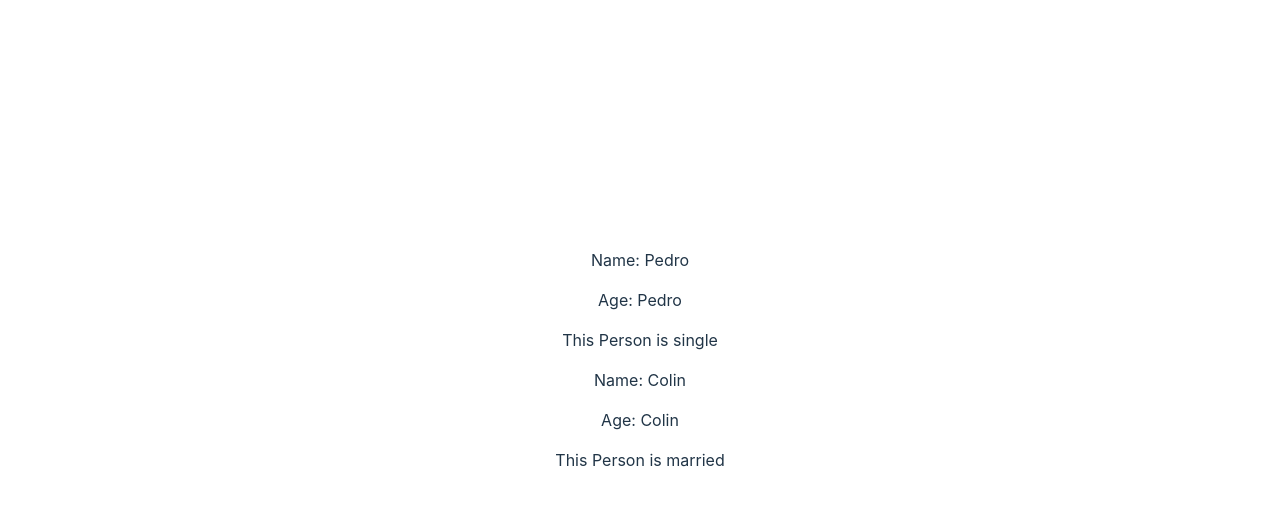
Repository: NexaiGuy/TypeScript-React
Page: /
An editor plug-in stored every save of this project. The page is shown before and after the next save, followed by the edit.
The browser window is 1280 px wide. The pictures show the whole page.
The project was rebuilt for these pictures with package versions that can differ from the ones it lists, and the page was loaded fresh each time. Also part of the build but not shown: vite.config.ts.

Above is the page before, as saved 2024-09-14 02:26:29.

After the next save:
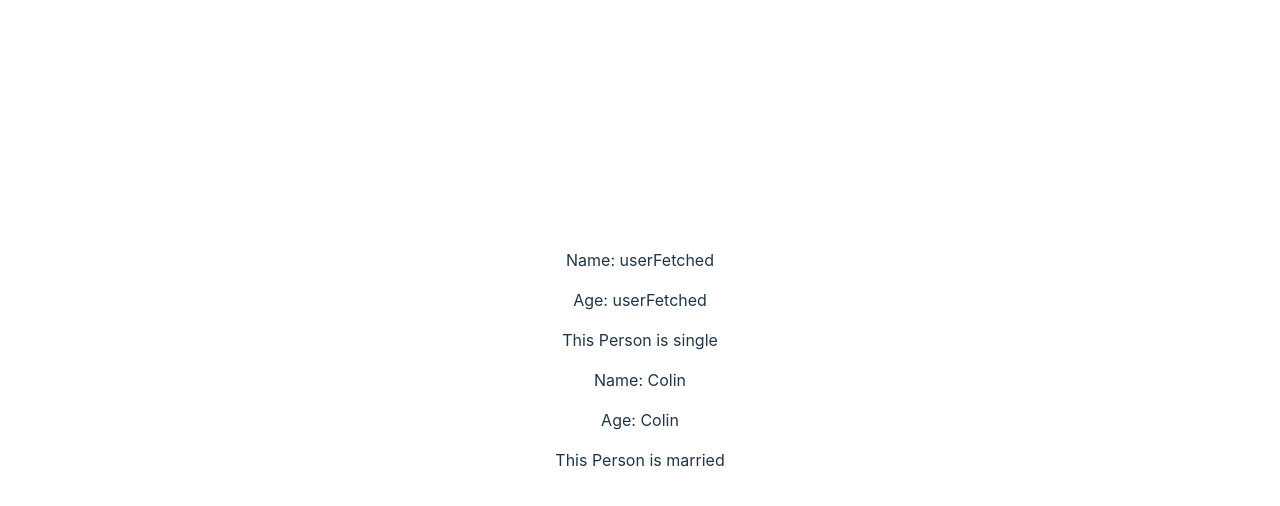
Saved 17 s later.
--- a/src/App.tsx
+++ b/src/App.tsx
@@ -7,7 +7,7 @@
   const userFetched = fetchUser();
   return (
     <>
-      <Person name={"Pedro"}  age={22} isMarried={false} />{" "}
+      <Person name={"userFetched"}  age={22} isMarried={false} />{" "}
       <Person name={"Colin"}  age={24} isMarried={true} />{" "}
     </>
   );

After the 5 saves that followed:
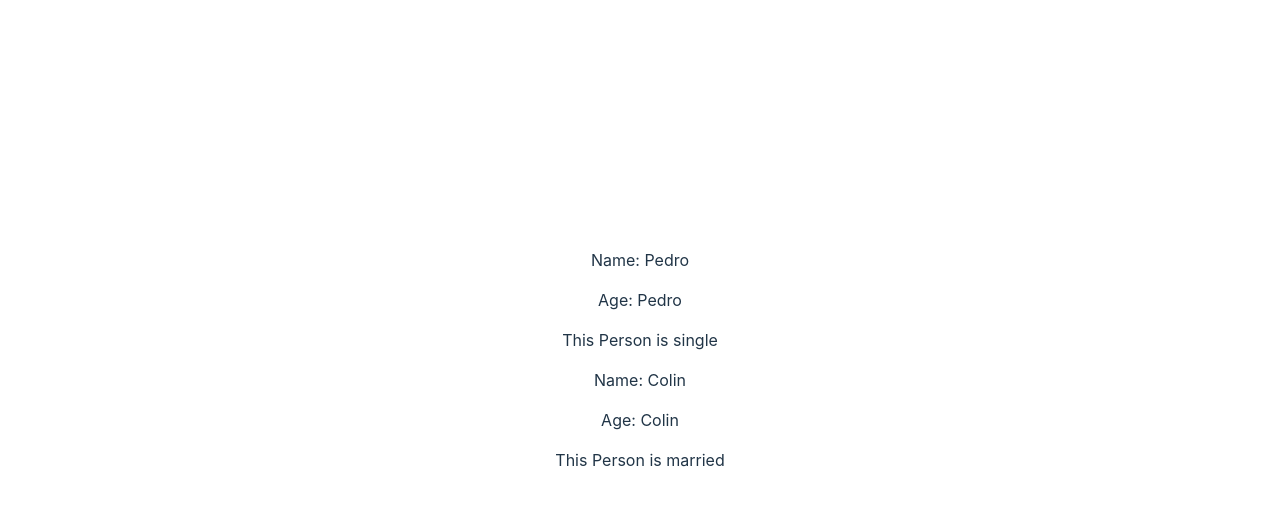
The 5 saves are shown as one change because they came seconds apart.
The last was saved 21 s later.
--- a/src/App.tsx
+++ b/src/App.tsx
@@ -7,7 +7,7 @@
   const userFetched = fetchUser();
   return (
     <>
-      <Person name={"userFetched"}  age={22} isMarried={false} />{" "}
+      <Person name={userFetched.name}  age={22} isMarried={false} />{" "}
       <Person name={"Colin"}  age={24} isMarried={true} />{" "}
     </>
   );
